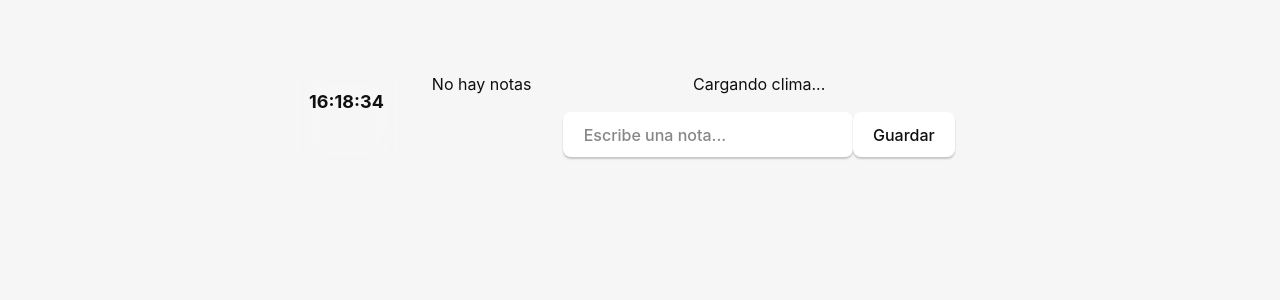
Repository: CodeByEvans/my-romantic-widget
Page: /
The author's editor kept a copy of each file at every save. The page is drawn from the files as they stood at one save, then again after the next save.
The browser window is 1280 px wide. The pictures show the whole page.
The page's requests for data from a server got no answer. The project was rebuilt for these pictures with package versions that can differ from the ones it lists, and the page was loaded fresh each time. No one was signed in, and anything a server would have sent is missing. Also part of the build but not shown: vite.config.ts.

Above is the page before, as saved 2025-11-03 20:33:57.

After the next save:
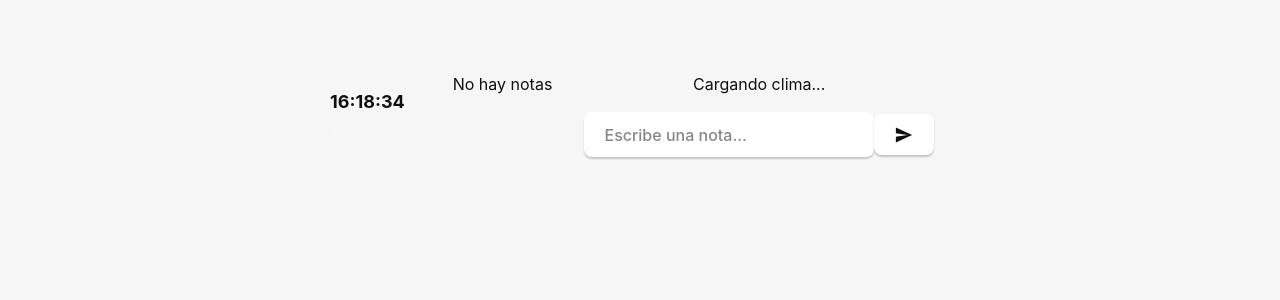
Saved 76 s later.
--- a/src/components/NoteInput.tsx
+++ b/src/components/NoteInput.tsx
@@ -1,3 +1,5 @@
+import { IoMdSend } from "react-icons/io";
+
 export const NoteInput = () => {
   return (
     <form action="" className="flex flex-row items-center">
@@ -10,7 +12,7 @@ export const NoteInput = () => {
         type="submit"
         className="mt-4 p-2 bg-blue-500 text-white rounded max-w-sm"
       >
-        Guardar
+        <IoMdSend size={20} />
       </button>
     </form>
   );
